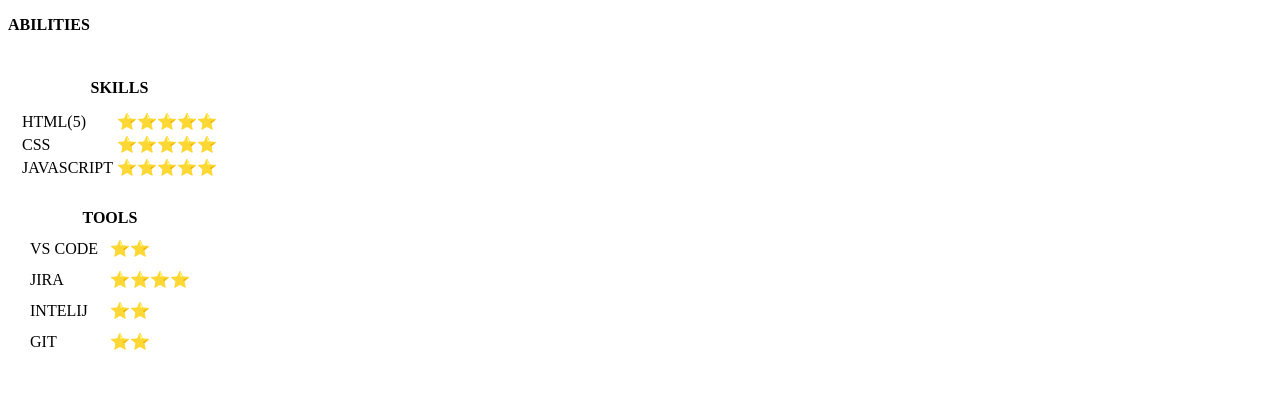
Repository: ew-code/Web-Development
Page: HTML - Personal Site/abilities.html
An editor plug-in stored every save of this project. The page is shown before and after the next save, followed by the edit.
The browser window is 1280 px wide. The pictures show the whole page.

Above is the page before, as saved 2021-01-03 20:33:21.

### HTML - Personal Site/abilities.html
<!DOCTYPE html>
<html lang="en">

<head>
  <meta charset="UTF-8">
  <meta name="viewport" content="width=device-width, initial-scale=1.0">
  <meta http-equiv="X-UA-Compatible" content="ie=edge">
  <title>Abilities</title>
</head>

<body>
  <p><strong>ABILITIES</strong></p>
  <br>

  <table cellspacing="10">
    <thead>
      <tr>
        <th colspan="2">SKILLS</th>
      </tr>
    </thead>
    <tr>
      <td>
        <table>
          <tr>
            <td>HTML(5)</td>
            <td>⭐⭐⭐⭐⭐</td>
          </tr>
          <tr>
            <td>CSS</td>
            <td>⭐⭐⭐⭐⭐</td>
          </tr>
          <tr>
            <td>JAVASCRIPT</td>
            <td>⭐⭐⭐⭐⭐</td>
          </tr>
        </table>

        <br>

        <table cellspacing="10">
          <thead>
            <tr>
              <th colspan="2">TOOLS</th>
            </tr>
          </thead>
          <tbody>
            <tr>
              <td>VS CODE</td>
              <td>⭐⭐</td>
            </tr>
            <tr>
              <td>JIRA</td>
              <td>⭐⭐⭐⭐</td>
            </tr>
            <tr>
              <td>INTELIJ</td>
              <td>⭐⭐</td>
            </tr>
            <tr>
              <td>GIT</td>
              <td>⭐⭐</td>
            </tr>
          </tbody>
        </table>

</body>

</html>

After the next save:
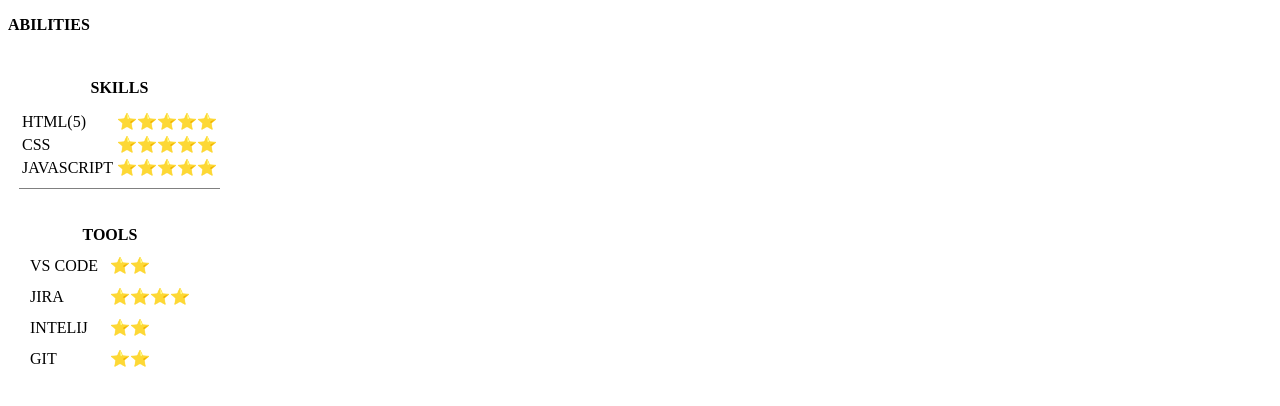
Saved 21 s later.
--- a/HTML - Personal Site/abilities.html
+++ b/HTML - Personal Site/abilities.html
@@ -34,7 +34,7 @@
             <td>⭐⭐⭐⭐⭐</td>
           </tr>
         </table>
-
+ <hr size="1" noshade>
         <br>
 
         <table cellspacing="10">
